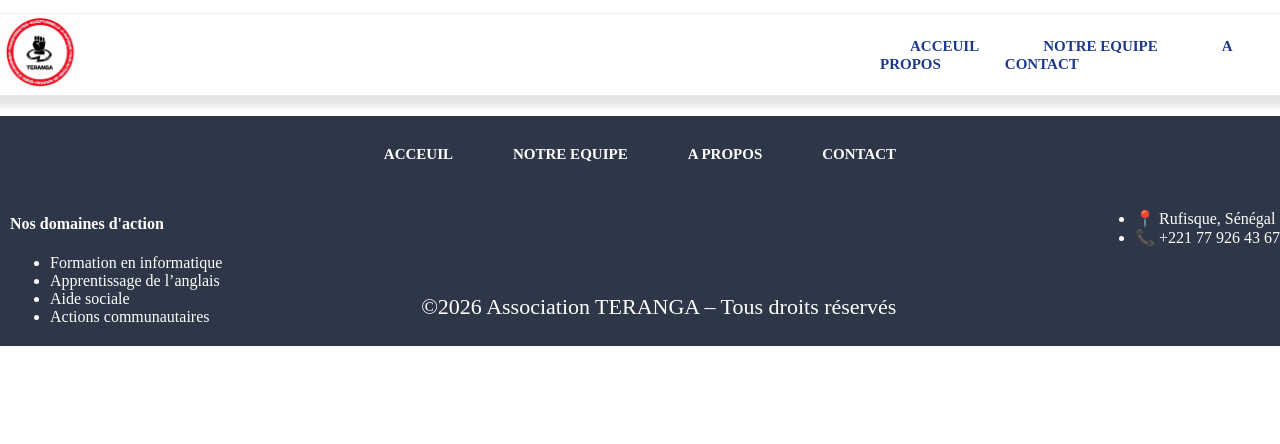
Repository: assanendao171/projet-teranga
Page: propos.html
The author's editor kept a copy of each file at every save. The page is drawn from the files as they stood at one save, then again after the next save.
The browser window is 1280 px wide. The pictures show the whole page.

Above is the page before, as saved 2026-02-12 11:25:18.

### propos.html
<!DOCTYPE html>
<html lang="en">
<head>
    <meta charset="UTF-8">
    <meta name="viewport" content="width=device-width, initial-scale=1.0">
    <title>Document</title>
    <link rel="stylesheet" href="propos.css">
</head>
<body>
        <!-- l'entete -->
    <header>
      <!-- logo -->
       <div class="contain-logo">
      <img src="image/logo.jpeg" alt="" class="logo" />
      </div>
      <div class="btn-nav">
        <nav>
          <a href="acceuil.html" target="_blank">ACCEUIL</a>
          <a href="equipe.html" target="_blank">NOTRE EQUIPE</a>
          <a href="propos.html" target="_blank">A PROPOS</a>
          <a href="contact.html" target="_blank">CONTACT</a>

        </nav>
      </div>
    </header>
<!-- corps -->
<main>
<!-- section histoire -->
<h1>

</h1>
</main>

    <footer>
      <nav class="btn-footer">
        <a href="acceuil.html" target="_blank">ACCEUIL</a>
        <a href="equipe.html" target="_blank">NOTRE EQUIPE</a>
        <a href="propos.html" target="_blank">A PROPOS</a>
        <a href="contact.html" target="_blank">CONTACT</a>

      </nav>
      <div class="contain-footer">
        <div class="liste-footer">
          <h4>Nos domaines d'action</h4>
          <ul>
            <li>Formation en informatique</li>
            <li>Apprentissage de l’anglais</li>
            <li>Aide sociale</li>
            <li>Actions communautaires</li>
          </ul>
        </div>
        <div class="copyright">
          <p>&copy;2026 Association TERANGA – Tous droits réservés</p>
        </div>
        <div class="contact">
          <ul>
            <li>📍 Rufisque, Sénégal</li>
            <li>📞 +221 77 926 43 67</li>
          </ul>
        </div>
      </div>
    </footer>
</body>
</html>

### propos.css
body{
    margin: 15px 0 5px 0;
}
header{
width: 100%;
height: 80px;
background-color: #FFFFFF;
box-shadow: 2px 6px 6px 6px rgba(0, 0, 0, 0.1);
display: flex;
align-items: center;
justify-content: center;
gap: 800px;
}
nav a{
    margin: 30px;
    color: #1E3A8A;
    text-decoration: none;
    font-size: 15px;
    font-weight:900;
}
nav a:hover{
    text-decoration: underline;
}
.logo{
    width: 80px;
left: 10px;
}














































footer{
    background-color: #2D3748;
    width: 100%;
    height: 230px;
    margin-top: 20px;
}
.btn-footer{
    display: flex;
    flex-direction: row;
    justify-content: center;

}
.btn-footer a{
    padding: px;
    color: #FFFFFF;
    margin: 10x;
    font-size: 15px;
}
.liste-footer{
    margin-left: 10px;
        color: #FFFFFF;

}
.contact{
    display: flex;
    flex-direction: row;
    justify-content: flex-end;
    color: #FFFFFF;
}
.contain-footer{
    display: flex;
    flex-direction: row;
    justify-content: space-between;
}
.copyright{
        color: #FFFFFF;
    font-size: 22px;
    display: flex;
    flex-direction: column;
    justify-content: flex-end;
}

After the next save:
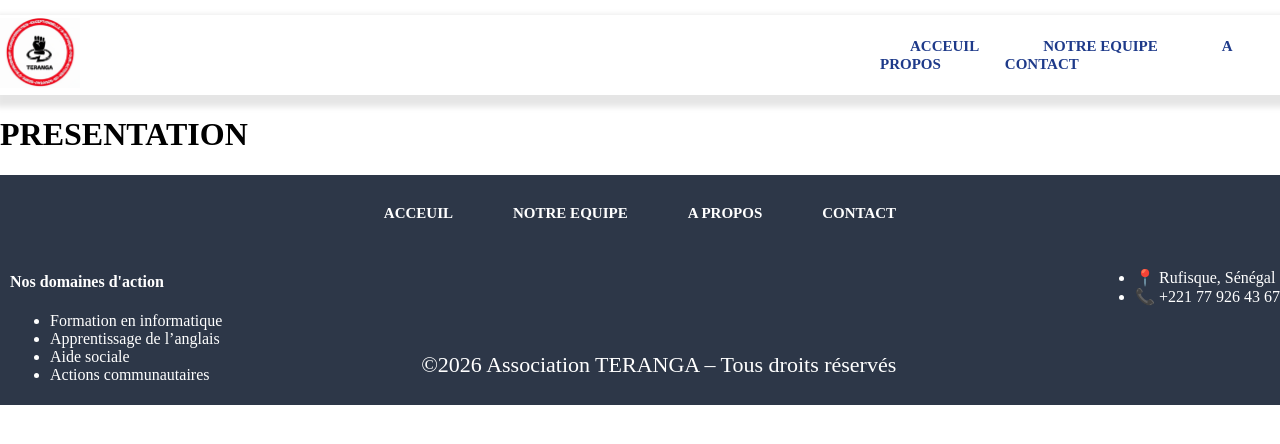
Saved 4 s later.
--- a/propos.html
+++ b/propos.html
@@ -26,9 +26,8 @@
 <!-- corps -->
 <main>
 <!-- section histoire -->
-<h1>
+      <h1 id="h-presentation">PRESENTATION</h1>
 
-</h1>
 </main>
 
     <footer>
